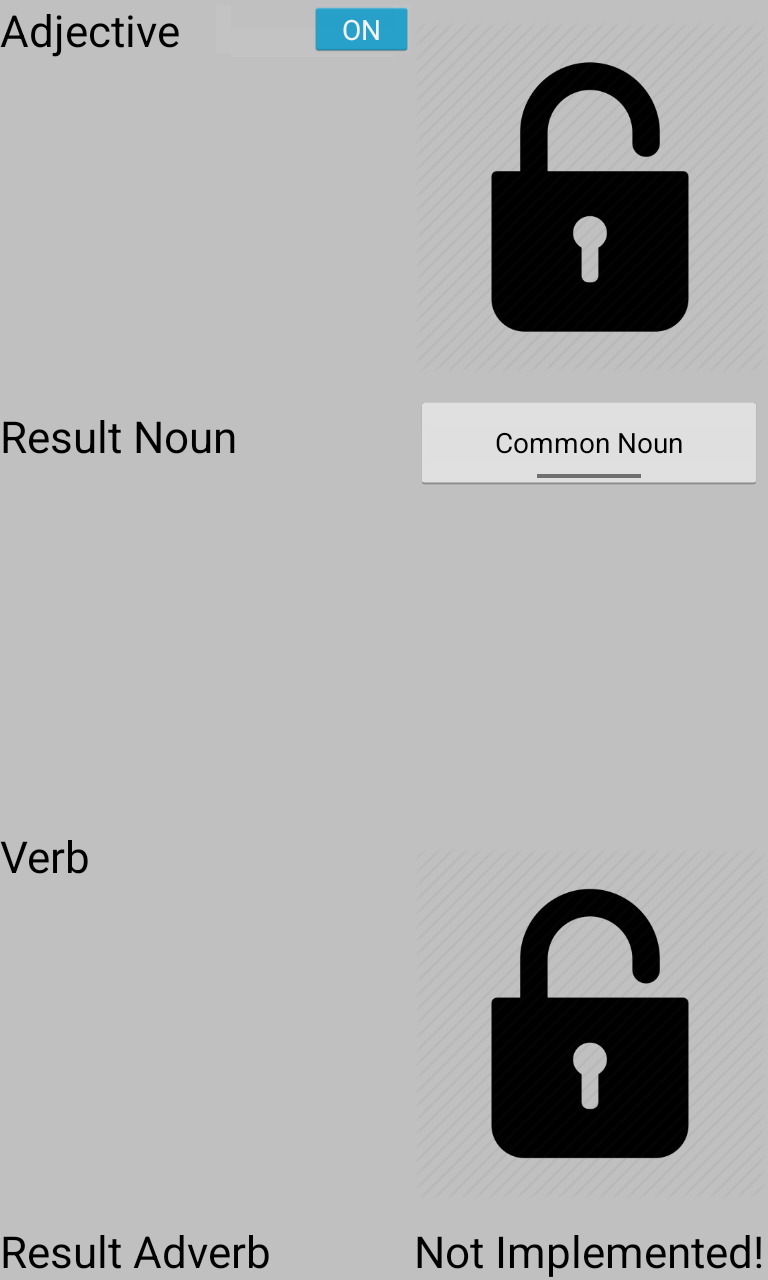
Repository: TheDizzler/TableTopTools
Layout: RPGTools/res/layout/fragment_result_controls.xml
The author's editor kept a copy of each file at every save. The layout is drawn from the files as they stood at one save, then again after the next save.
It is drawn on a 768 x 1280 px phone screen (xhdpi) without system bars, with theme AppTheme; the app's code is not run.

Above is the layout before, as saved 2017-03-22 09:37:22.

### RPGTools/res/layout/fragment_result_controls.xml
<?xml version="1.0" encoding="utf-8"?>
<TableLayout xmlns:android="http://schemas.android.com/apk/res/android"
    android:layout_width="match_parent"
    android:layout_height="match_parent"
    android:background="#C0C0C0"
    android:measureWithLargestChild="true"
    android:orientation="vertical"
    android:weightSum="3" >

    <TableRow
        android:id="@+id/tableRow1"
        android:layout_width="match_parent"
        android:layout_height="wrap_content"
        android:layout_weight="1"
        android:orientation="horizontal"
        android:weightSum="2" >

        <Switch
            android:id="@+id/switch_resultAdjective"
            android:layout_width="wrap_content"
            android:layout_height="wrap_content"
            android:checked="true"
            android:text="Adjective"
            android:textAppearance="?android:attr/textAppearanceLarge" />

        <ImageView
            android:id="@+id/lockBtn_resultAdjective"
            android:layout_width="32dp"
            android:layout_height="match_parent"
            android:layout_weight="1"
            android:src="@drawable/unlocked" />
    </TableRow>

    <TableRow
        android:id="@+id/tableRow2"
        android:layout_width="match_parent"
        android:layout_height="wrap_content"
        android:layout_weight="1"
        android:orientation="horizontal"
        android:weightSum="4" >

        <TextView
            android:id="@+id/textView2"
            android:layout_width="wrap_content"
            android:layout_height="wrap_content"
            android:text="Result Noun"
            android:textAppearance="?android:attr/textAppearanceLarge" />

        <ToggleButton
            android:id="@+id/toggleBtn_resultProperNoun"
            android:layout_width="wrap_content"
            android:layout_height="wrap_content"
            android:textOff="Common Noun"
            android:textOn="Proper Noun" />

        <ToggleButton
            android:id="@+id/toggleBtn_resultNounPlural"
            android:layout_width="wrap_content"
            android:layout_height="wrap_content"
            android:textOff="Single"
            android:textOn="Plural" />

        <ImageView
            android:id="@+id/lockBtn_resultNoun"
            android:layout_width="32dp"
            android:layout_height="match_parent"
            android:layout_weight="1"
            android:src="@drawable/unlocked" />
    </TableRow>

    <TableRow
        android:id="@+id/tableRow3"
        android:layout_width="match_parent"
        android:layout_height="wrap_content"
        android:layout_weight="1"
        android:weightSum="2" >

        <TextView
            android:id="@+id/textView1"
            android:layout_width="wrap_content"
            android:layout_height="wrap_content"
            android:text="Verb"
            android:textAppearance="?android:attr/textAppearanceLarge" />

        <ImageView
            android:id="@+id/lockBtn_resultVerb"
            android:layout_width="32dp"
            android:layout_height="match_parent"
            android:layout_weight="1"
            android:src="@drawable/unlocked" />
    </TableRow>

    <TableRow
        android:id="@+id/tableRow4"
        android:layout_width="match_parent"
        android:layout_height="wrap_content"
        android:layout_weight="1"
        android:weightSum="2" >

        <TextView
            android:id="@+id/textView3"
            android:layout_width="wrap_content"
            android:layout_height="wrap_content"
            android:text="Result Adverb"
            android:textAppearance="?android:attr/textAppearanceLarge" />

        <TextView
            android:id="@+id/textView4"
            android:layout_width="wrap_content"
            android:layout_height="wrap_content"
            android:text="Not Implemented!"
            android:textAppearance="?android:attr/textAppearanceLarge" />
    </TableRow>

</TableLayout>

Loaded but not shown: RPGTools/res/values/styles.xml (common file); RPGTools/res/values-v11/styles.xml (common file); RPGTools/res/values-v14/styles.xml (common file)

After the next save:
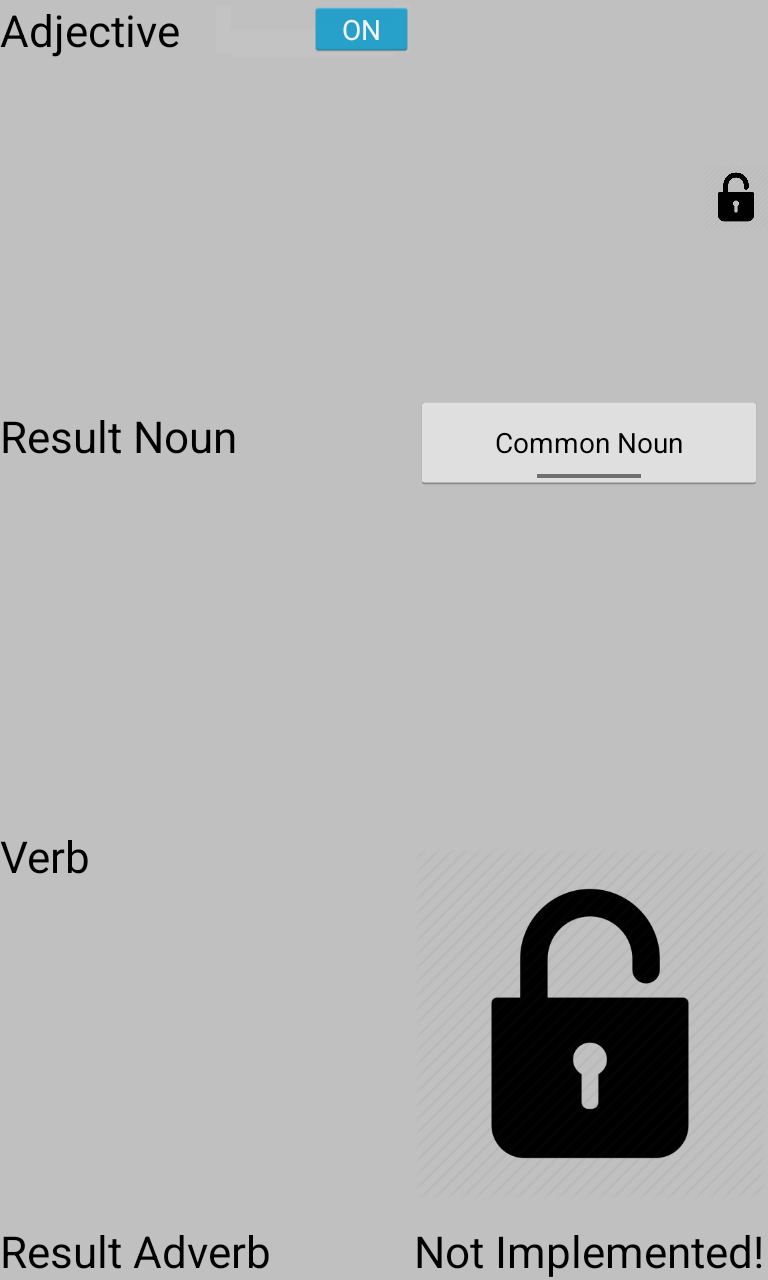
Saved 2 min 40 s later.
--- a/RPGTools/res/layout/fragment_result_controls.xml
+++ b/RPGTools/res/layout/fragment_result_controls.xml
@@ -22,6 +22,22 @@
             android:checked="true"
             android:text="Adjective"
             android:textAppearance="?android:attr/textAppearanceLarge" />
+
+        <Spinner
+            android:id="@+id/spacer1"
+            android:layout_width="wrap_content"
+            android:layout_height="match_parent"
+            android:layout_span="1"
+            android:layout_weight="1"
+            android:visibility="invisible" />
+
+        <Spinner
+            android:id="@+id/spacer2"
+            android:layout_width="wrap_content"
+            android:layout_height="match_parent"
+            android:layout_span="1"
+            android:layout_weight="1"
+            android:visibility="invisible" />
 
         <ImageView
             android:id="@+id/lockBtn_resultAdjective"
